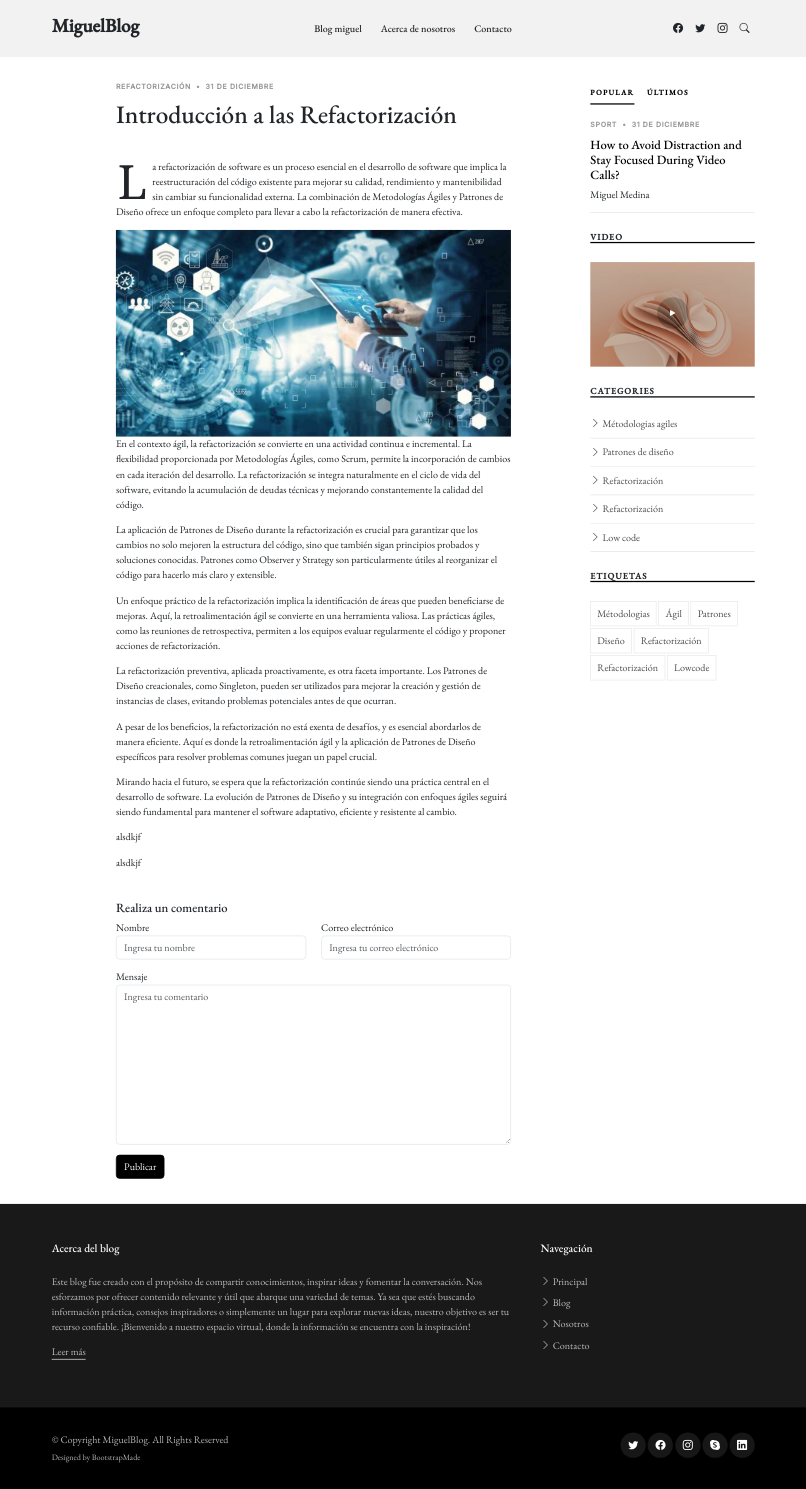
Repository: MiguelDev5/blog-miguel
Page: post-r.html
The author's editor kept a copy of each file at every save. The page is drawn from the files as they stood at one save, then again after the next save.
The browser window is 1280 px wide. The pictures show the whole page, at 63% of full size.
Some web fonts or font styles are not loaded; a fallback is used.

Above is the page before, as saved 2024-01-01 21:00:34.

After the next save:
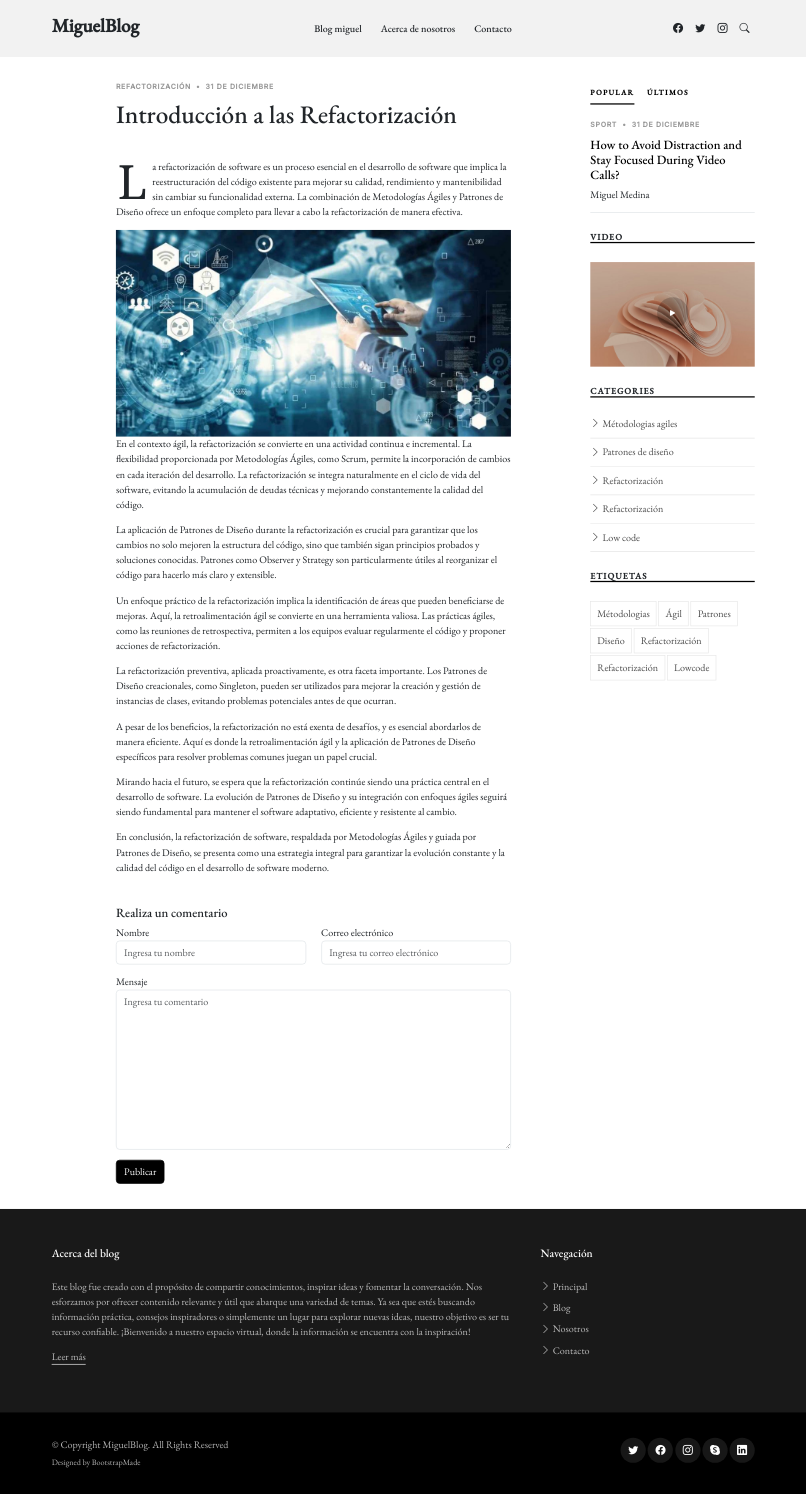
Saved 11 s later.
--- a/post-r.html
+++ b/post-r.html
@@ -104,9 +104,7 @@
               <p>La refactorización preventiva, aplicada proactivamente, es otra faceta importante. Los Patrones de Diseño creacionales, como Singleton, pueden ser utilizados para mejorar la creación y gestión de instancias de clases, evitando problemas potenciales antes de que ocurran.</p>
               <p>A pesar de los beneficios, la refactorización no está exenta de desafíos, y es esencial abordarlos de manera eficiente. Aquí es donde la retroalimentación ágil y la aplicación de Patrones de Diseño específicos para resolver problemas comunes juegan un papel crucial.</p>
               <p>Mirando hacia el futuro, se espera que la refactorización continúe siendo una práctica central en el desarrollo de software. La evolución de Patrones de Diseño y su integración con enfoques ágiles seguirá siendo fundamental para mantener el software adaptativo, eficiente y resistente al cambio.</p>
-              <p>alsdkjf</p>
-              <p>alsdkjf</p>
-
+              <p>En conclusión, la refactorización de software, respaldada por Metodologías Ágiles y guiada por Patrones de Diseño, se presenta como una estrategia integral para garantizar la evolución constante y la calidad del código en el desarrollo de software moderno.</p>
 
             <!-- ======= Comments Form ======= -->
             <div class="row justify-content-center mt-5">
